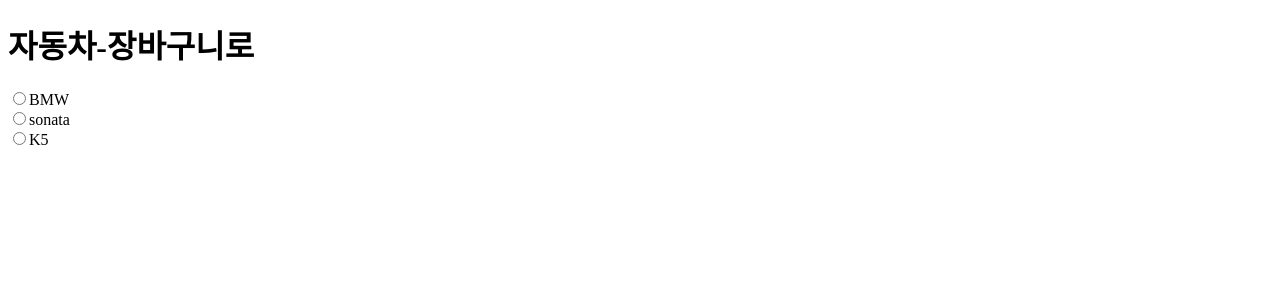
Repository: codingidot/test111
Page: Servlet2/src/main/webapp/JangBasket6.html
These files come from the project's save history. The page is drawn as it stood at one moment and after the next save; the edit follows.
The browser window is 1280 px wide. The pictures show the whole page.

Above is the page before, as saved 2022-05-30 14:04:24.

After the next save:
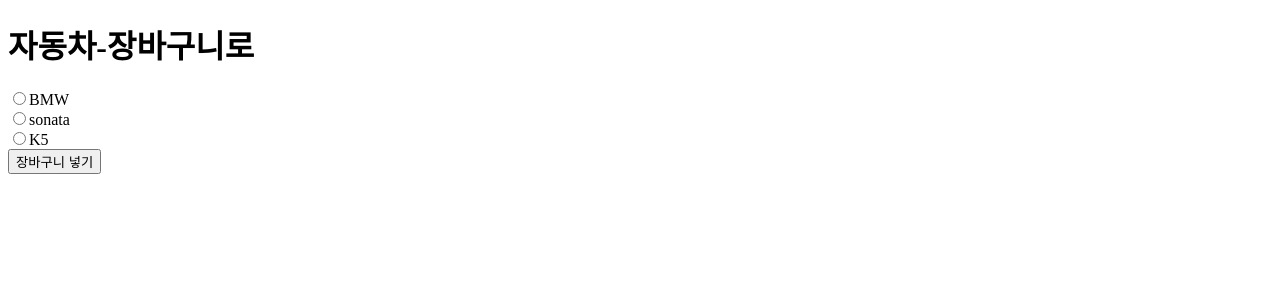
Saved 37 s later.
--- a/Servlet2/src/main/webapp/JangBasket6.html
+++ b/Servlet2/src/main/webapp/JangBasket6.html
@@ -10,6 +10,7 @@
 <input type="radio" name="car" value"BMW">BMW<br>
 <input type="radio" name="car" value"sonata">sonata<br>
 <input type="radio" name="car" value"K5">K5<br>
+<input type="submit" value="장바구니 넣기">
 </form>
 </body>
 </html>
